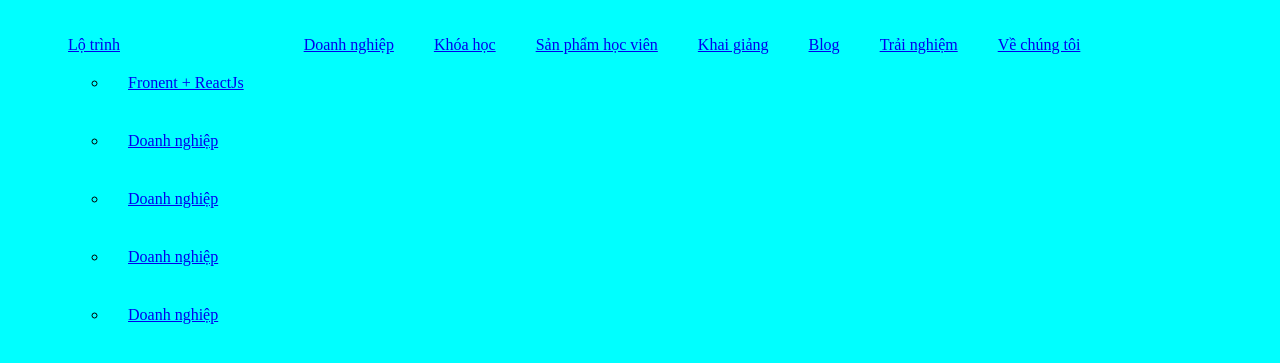
Repository: khanhnahk306/khanhnahk.github.io
Page: flexbox/html/megamenu.html
The author's editor kept a copy of each file at every save. The page is drawn from the files as they stood at one save, then again after the next save.
The browser window is 1280 px wide. The pictures show the whole page.

Above is the page before, as saved 2022-01-28 10:43:36.

### flexbox/html/megamenu.html
<!DOCTYPE html>
<html lang="en">
<head>
    <meta charset="UTF-8">
    <meta http-equiv="X-UA-Compatible" content="IE=edge">
    <meta name="viewport" content="width=device-width, initial-scale=1.0">
    <link rel="stylesheet" href="../css/megamenu.css">
    <title>Menu đa cấp</title>
</head>
<body>
    <!-- <h1>Menu đa cấp</h1> -->
    <div class="megamenu">
        <ul class="nav">
            <li>
                <a href="#">Lộ trình</a>
                <ul class="sub-menu">
                    <li>
                        <a href="#">Fronent + ReactJs</a>
                    </li>
                    <li>
                        <a href="#">Doanh nghiệp</a>
                    </li>
                    <li>
                        <a href="#">Doanh nghiệp</a>
                    </li>
                    <li>
                        <a href="#">Doanh nghiệp</a>
                    </li>
                    <li>
                        <a href="#">Doanh nghiệp</a>
                    </li>
                </ul>
            </li>
            <li>
                <a href="#">Doanh nghiệp</a>
            </li>
            <li>
                <a href="#">Khóa học</a>
            </li>
            <li>
                <a href="#">Sản phẩm học viên</a>
            </li>
            <li>
                <a href="#">Khai giảng</a>
            </li>
            <li>
                <a href="#">Blog</a>
            </li>
            <li>
                <a href="#">Trải nghiệm</a>
            </li>
            <li>
                <a href="#">Về chúng tôi</a>
            </li>
        </ul>
    </div>
</body>
</html>

### flexbox/css/megamenu.css
*{
    box-sizing: border-box;
}
body{
    background-color: aqua;
}
.nav {
    display: flex;
    list-style-type: none;
    text-decoration: none;
}
.nav li{
    padding: 20px;
}

After the next save:
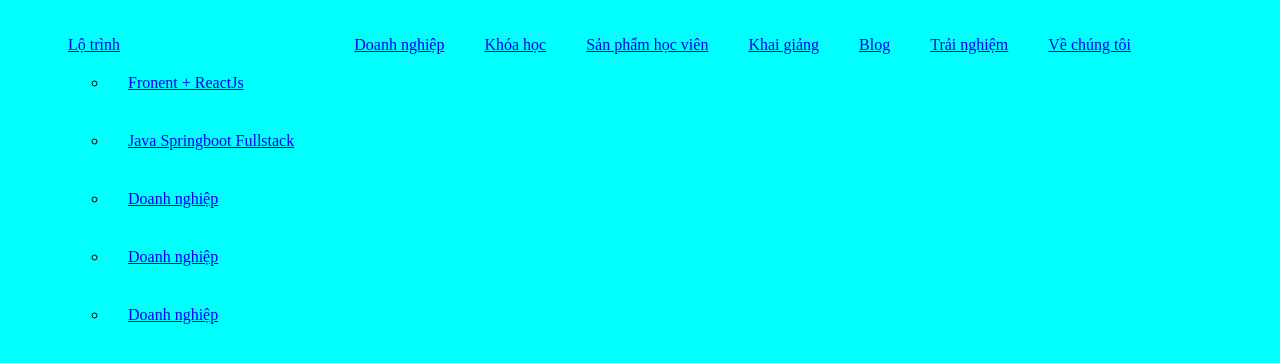
Saved 13 s later.
--- a/flexbox/html/megamenu.html
+++ b/flexbox/html/megamenu.html
@@ -18,7 +18,7 @@
                         <a href="#">Fronent + ReactJs</a>
                     </li>
                     <li>
-                        <a href="#">Doanh nghiệp</a>
+                        <a href="#">Java Springboot Fullstack</a>
                     </li>
                     <li>
                         <a href="#">Doanh nghiệp</a>
